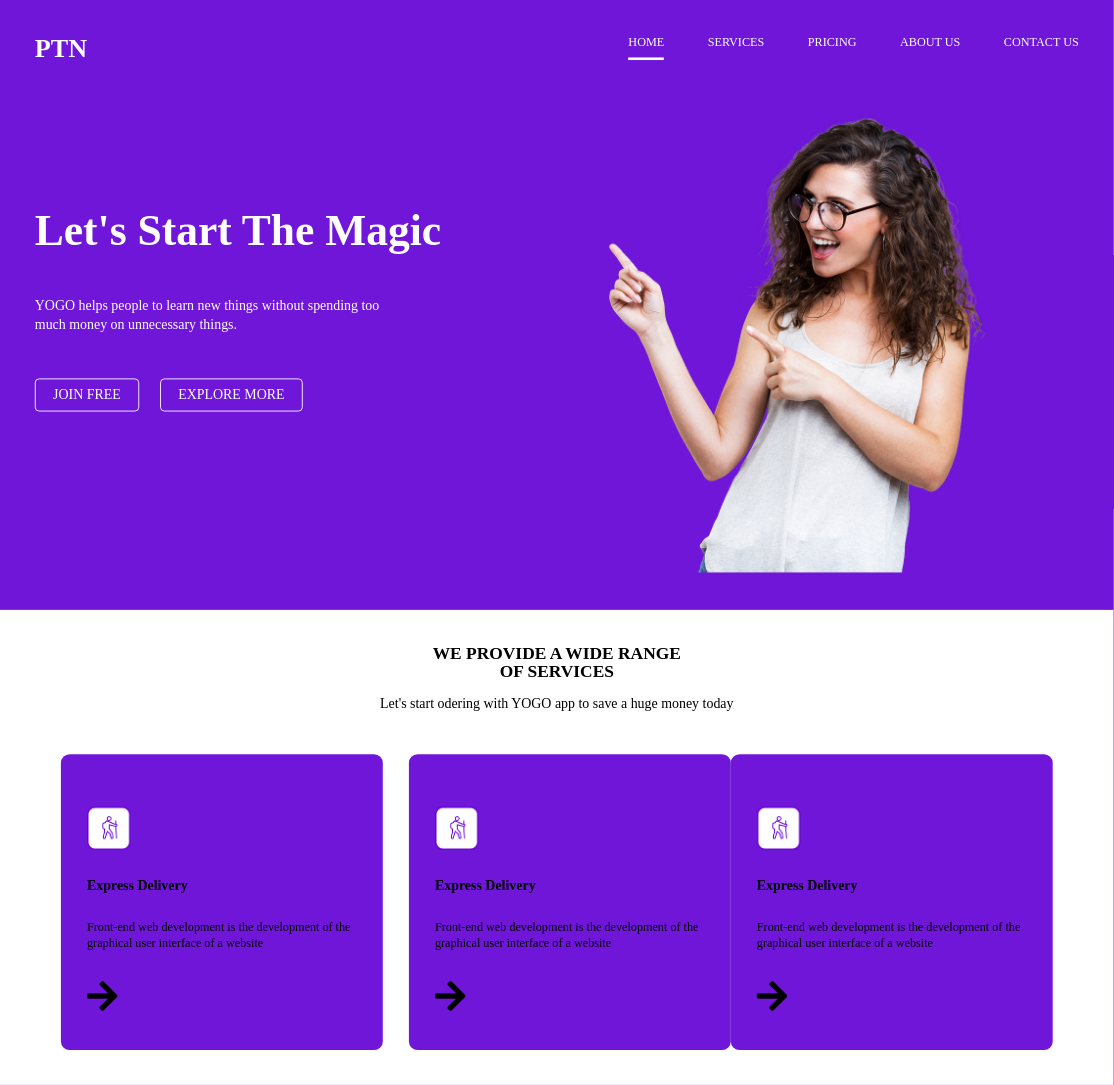
Repository: PhamTrungNguyen/LuyenTap
Page: index.html
These files come from the project's save history. The page is drawn as it stood at one moment and after the next save; the edit follows.
The browser window is 1280 px wide. The pictures show the whole page, at 87% of full size.
Some web fonts or font styles are not loaded; a fallback is used. The style sheet was rebuilt from its Sass, Less or Tailwind sources for each picture, by a compiler version that may differ from the author's.

Above is the page before, as saved 2021-12-05 19:48:41.

After the next save:
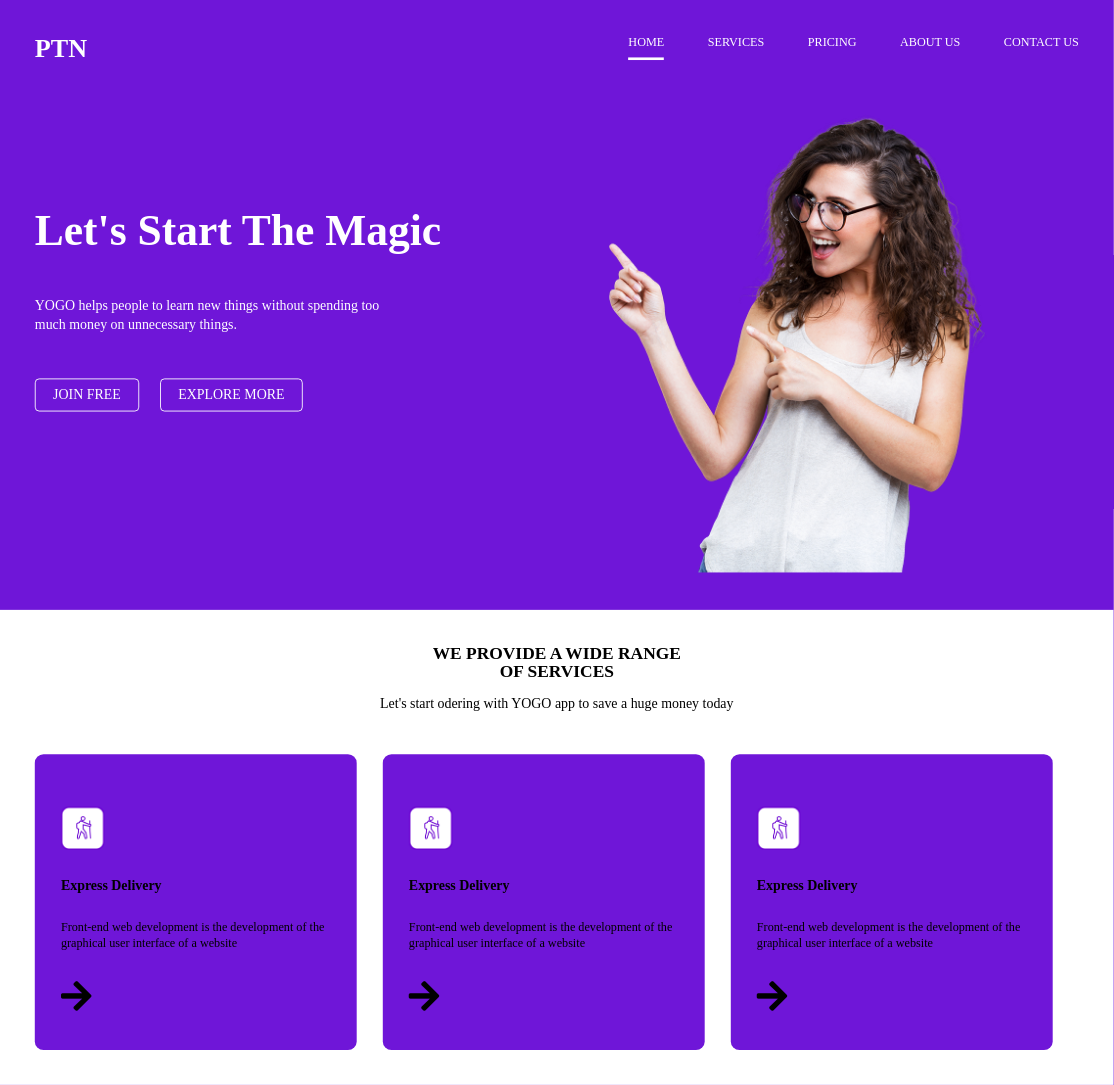
Saved 33 s later.
--- a/style.scss
+++ b/style.scss
@@ -207,7 +207,7 @@ img {
     }
     &--list:not(:last-child)
     {
-      margin-left: 3rem;
+      margin-right: 3rem;
 
     }
     &_icon {
